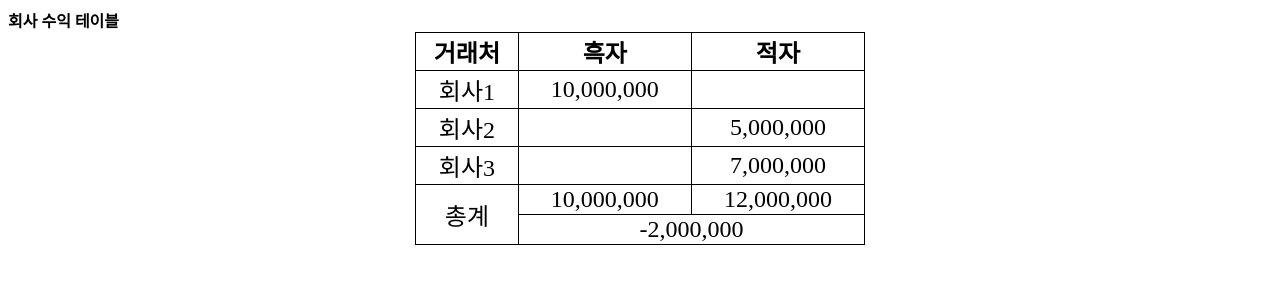
Repository: guswnsdldl/gb
Page: html workspace/f_table/src/main/webapp/span-task02.html
The author's editor kept a copy of each file at every save. The page is drawn from the files as they stood at one save, then again after the next save.
The browser window is 1280 px wide. The pictures show the whole page.

Above is the page before, as saved 2024-08-06 03:12:25.

### html workspace/f_table/src/main/webapp/span-task02.html
<!DOCTYPE html>
<html>
<head>
<meta charset="UTF-8">
<title>회사 수익 테이블</title>
<style>
   table, tr, td, th {
      text-align: center;
      width: 450px;
      margin: 0 auto;
      border: 1px solid black;
      border-collapse: collapse;
      font-size: 1.5rem;
   }
</style>
</head>
<body>

<strong>회사 수익 테이블</strong>
<table>
 		<tr>
        <th>거래처</th>
         <th>흑자</th>
          <th>적자</th>
      </tr>
      <tr>
         <td>회사1</td>
         <td>10,000,000</td>
         <td></td>

      </tr>
      <tr>
         <td>회사2</td>
         <td></td>
         <td>5,000,000</td>
      </tr>
      <tr>
         <td>회사3</td>
         <td></td>
         <td>7,000,000</td>
      </tr>
      <tr>
         <td rowspan="2">총계</td>
         <td>10,000,000</td>
         <td>12,000,000</td>
      </tr>
       <tr>

         <td colspan="2">-2,000,000</td>
      </tr>
   </table>

</body>
</html>

After the next save:
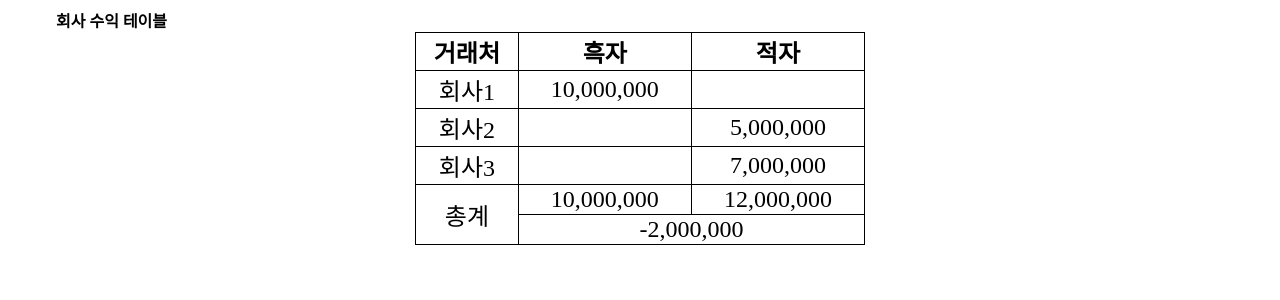
Saved 48 s later.
--- a/html workspace/f_table/src/main/webapp/span-task02.html
+++ b/html workspace/f_table/src/main/webapp/span-task02.html
@@ -16,7 +16,7 @@
 </head>
 <body>
 
-<strong>회사 수익 테이블</strong>
+&nbsp;&nbsp;&nbsp;&nbsp;&nbsp;&nbsp;&nbsp;&nbsp;&nbsp;&nbsp;&nbsp;&nbsp;<strong>회사 수익 테이블</strong>
 <table>
  		<tr>
         <th>거래처</th>
